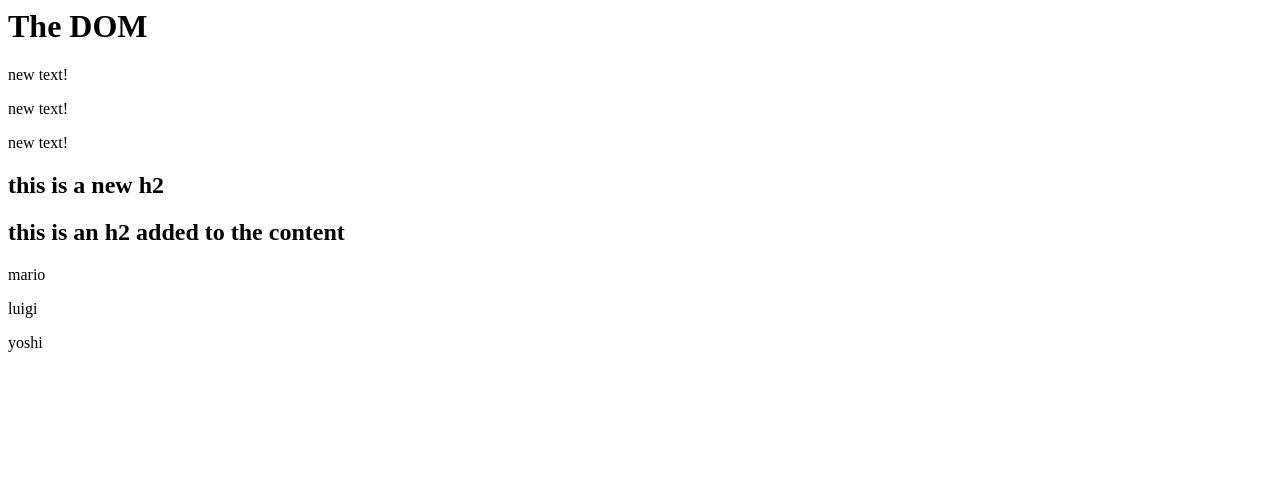
Repository: Rizwanelx/JavaScript
Page: DOM/Adding&Changing_Page_Content/index.html
An editor plug-in stored every save of this project. The page is shown before and after the next save, followed by the edit.
The browser window is 1280 px wide. The pictures show the whole page.

Above is the page before, as saved 2019-11-03 14:42:24.

After the next save:
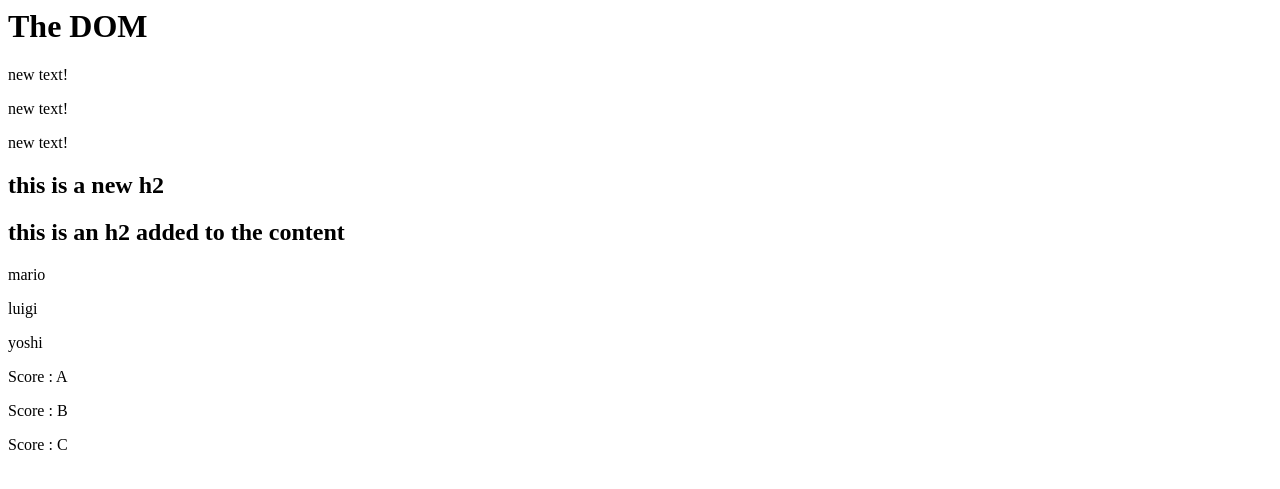
Saved 2 h 17 min later.
--- a/DOM/Adding&Changing_Page_Content/sandbox.js
+++ b/DOM/Adding&Changing_Page_Content/sandbox.js
@@ -26,7 +26,12 @@ content.innerHTML += '<h2>this is an h2 added to the content</h2>';
 
 const people = ['mario', 'luigi', 'yoshi'];
 // Showing content  of array  element
+const scores = ['A', 'B', 'C'];
 
 people.forEach(person => {
     content.innerHTML += `<p>${person}</p>`;
 });
+
+scores.forEach(score => {
+    content.innerHTML += ` <p>Score :  ${score} </p>`
+})
